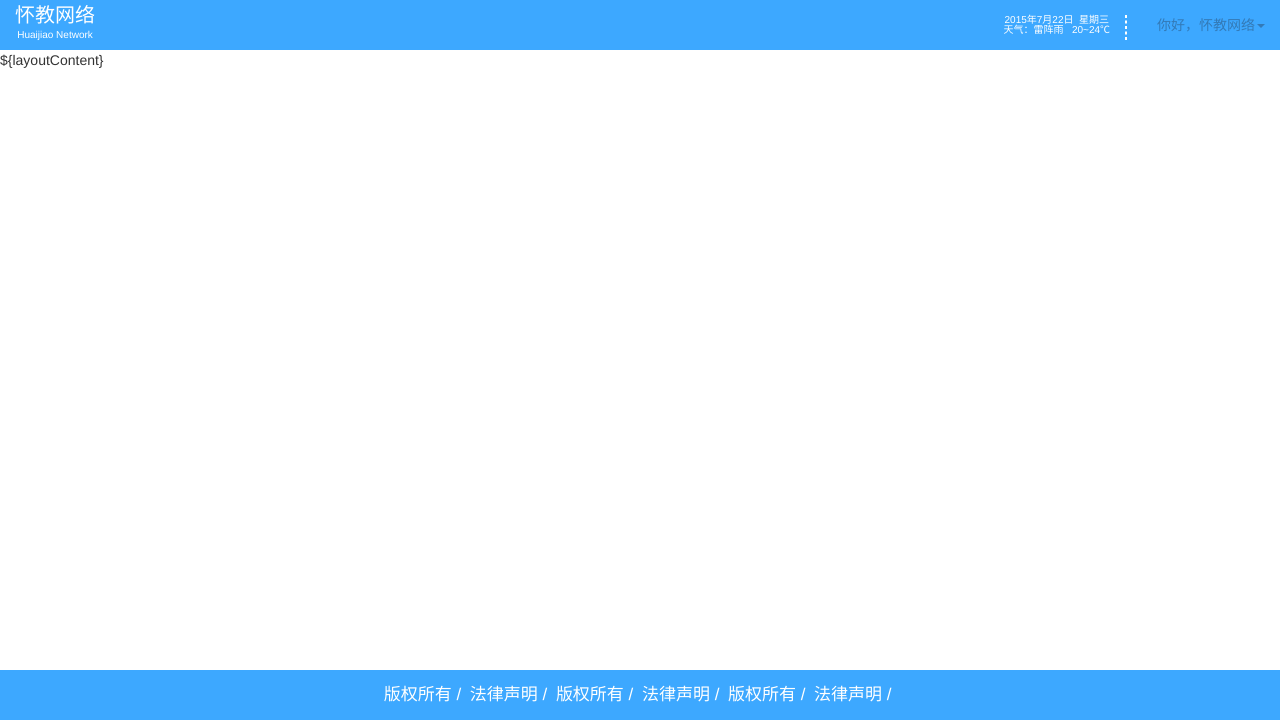
Repository: GaoChengliang/summerTask
Page: Campus_gcl/WebRoot/common/_layout.html
The author's editor kept a copy of each file at every save. The page is drawn from the files as they stood at one save, then again after the next save.
The browser window is 1280 px wide. The pictures show the whole page.

Above is the page before, as saved 2015-09-08 07:06:22.

After the next save:
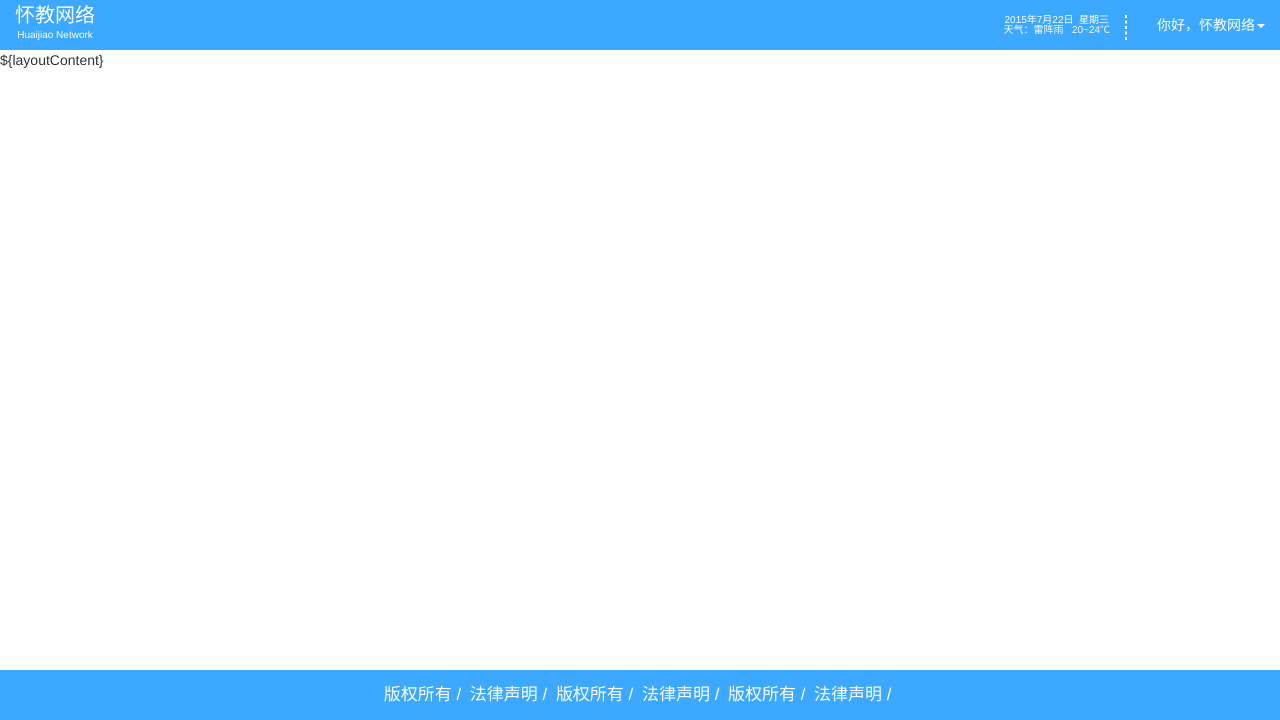
Saved 105 s later.
--- a/Campus_gcl/WebRoot/common/_layout.html
+++ b/Campus_gcl/WebRoot/common/_layout.html
@@ -31,7 +31,7 @@
 						<div
 							style="width: 0.5px; border: 1px dashed white; float: left; height: 25px;"></div>
 					</div>
-					<li class="dropdown"><a href="#" class="dropdown-toggle"
+					<li class="dropdown"><a href="#" class="dropdown-toggle drop"
 						data-toggle="dropdown"  aria-haspopup="true"
 						aria-expanded="false">你好，怀教网络<span class="caret"></span></a>
 						<ul class="dropdown-menu">
